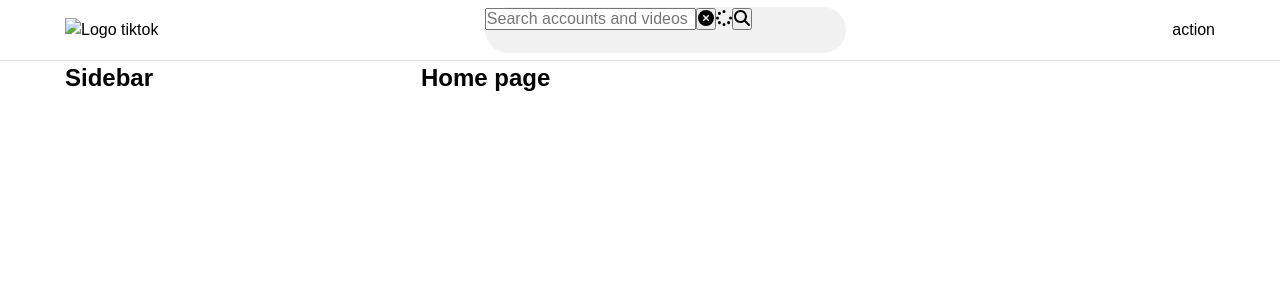
Repository: ChiNg22nd04/tiktok-ui
Page: /
An editor plug-in stored every save of this project. The page is shown before and after the next save, followed by the edit.
The browser window is 1280 px wide. The pictures show the whole page.
Some web fonts or font styles are not loaded; a fallback is used. The project was rebuilt for these pictures with package versions that can differ from the ones it lists, and the page was loaded fresh each time. Also part of the build but not shown: src/components/Layout/HeaderOnlyLayout/index.js, src/pages/Following/index.js, src/pages/Profile/index.js, src/pages/Upload/index.js.

Above is the page before, as saved 2024-04-08 16:39:12.

After the next save:
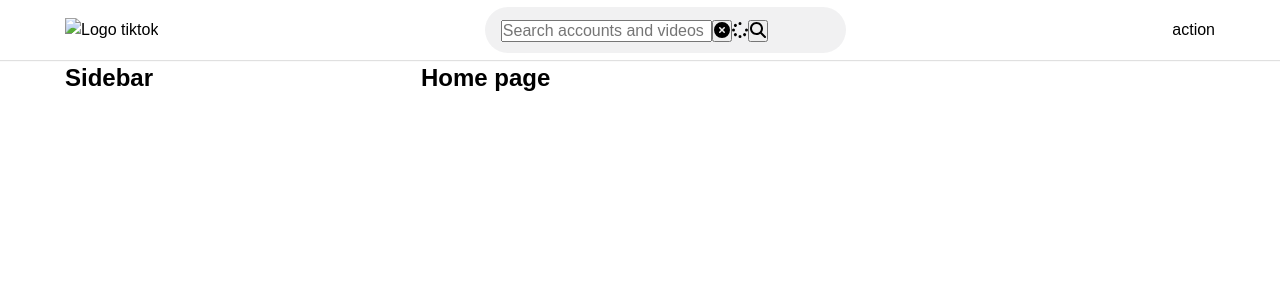
Saved 16 s later.
--- a/src/components/Layout/components/Header/Header.module.scss
+++ b/src/components/Layout/components/Header/Header.module.scss
@@ -24,6 +24,7 @@
     height: 46px;
     background: rgba(22, 24, 35, 0.06);
     border-radius: 92px;
+    padding: 12px 16px;
 
 }
 
